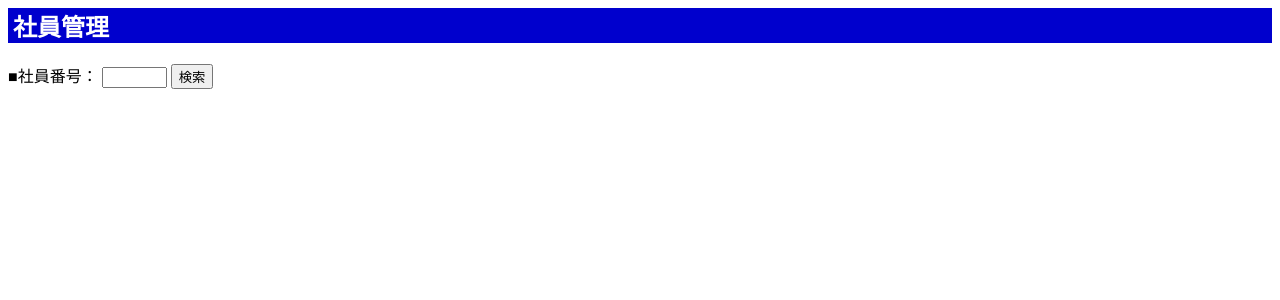
Repository: eb-communicationservice/php_study
Page: http://localhost/views/scripts/members/index.php
These files come from the project's save history. The page is drawn as it stood at one moment and after the next save; the edit follows.
The browser window is 1280 px wide. The pictures show the whole page.
The page is run by PHP 8.4 with error messages shown; the project is at /var/www/html/.

Above is the page before, as saved 2015-12-06 08:21:10.

### kadai01/views/scripts/members/index.php
<head>
	<title>kadai01</title>
	<link rel="stylesheet" type="text/css" href="../../../css/common.css">
</head>
<body>
	<div id="viewName">
		<h2>社員管理</h2>
	</div>
	<form action="indexController.php" method="post">
		<label for="member_id">■社員番号：</label>
		<input id="member_id" type="text" name="member_id" size="5" maxlength="6" value="" />
		<input type="submit" value="検索" />
	</form>
	<a
</body>

### kadai01/css/common.css
@CHARSET "UTF-8";
div#viewName{
	background-color: #0000cd;
	color: #ffffff;
	padding: 0 5px;
	margin: 3 0px;
}

After the next save:
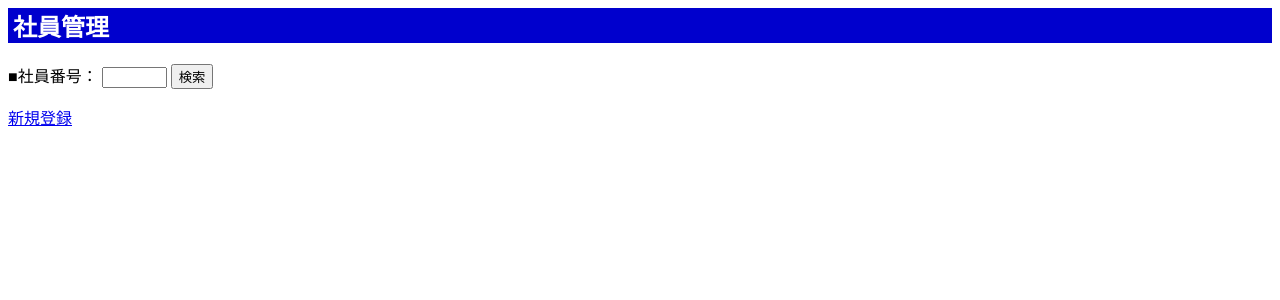
Saved 2 h 57 min later.
--- a/kadai01/views/scripts/members/index.php
+++ b/kadai01/views/scripts/members/index.php
@@ -11,5 +11,5 @@
 		<input id="member_id" type="text" name="member_id" size="5" maxlength="6" value="" />
 		<input type="submit" value="検索" />
 	</form>
-	<a
+	<a href="registMember.php">新規登録</a>
 </body>
